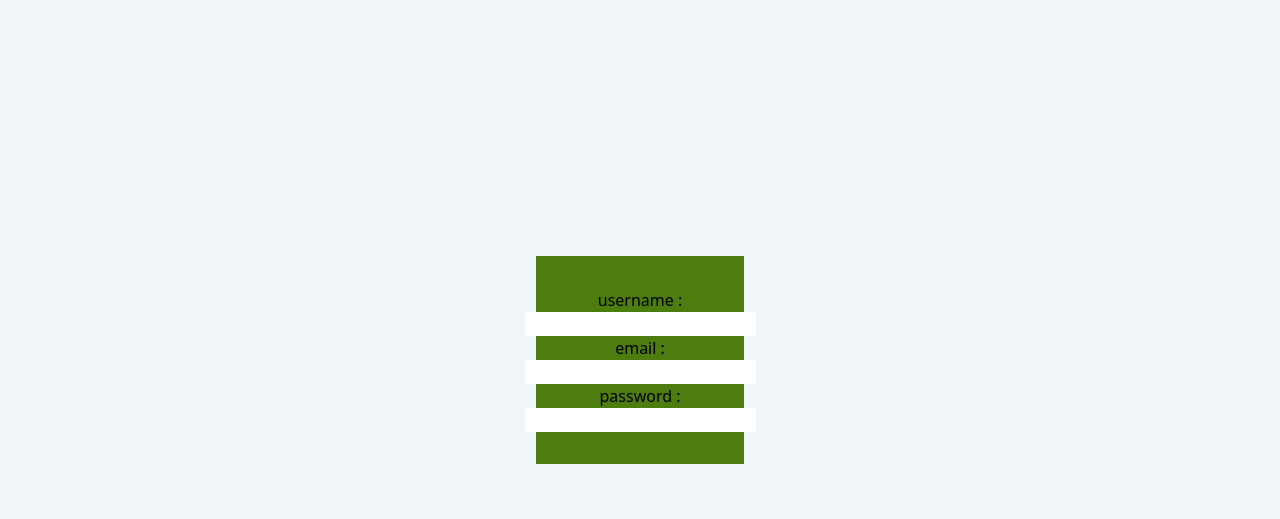
Repository: Emy-gold/alx-fe-reactjs
Page: / (app in form-handling-react/)
The author's editor kept a copy of each file at every save. The page is drawn from the files as they stood at one save, then again after the next save.
The browser window is 1280 px wide. The pictures show the whole page.
The project was rebuilt for these pictures with package versions that can differ from the ones it lists, and the page was loaded fresh each time. Also part of the build but not shown: form-handling-react/vite.config.js.

Above is the page before, as saved 2025-08-22 21:25:16.

### form-handling-react/src/App.jsx
import React from 'react';
import RegistrationForm from './components/RegistrationForm';

function App() {
  return (
    <>
      <RegistrationForm />
    </>
  )
}

export default App

### form-handling-react/src/components/RegistrationForm.jsx
import React from 'react';
import { useState } from 'react';

function RegistrationForm() {

    const [formData, setFormData] = useState({ username: '', email: '', password: '' });

    const handleChange = (e) => {
        const { name, value } = e.target;
        setFormData(prevState => ({ ...prevState, [name]: value }));
    }

    const handleSubmit = (e) => {
        e.preventDefault();
        console.log(formData);
    }

    return (
        <div className='flex w-full mx-auto h-screen justify-center items-center bg-slate-100'>
            <form onSubmit={handleSubmit} className='flex flex-col justify-center items-center bg-lime-700 w-52 h-52'>
                <label>username :</label>
                <input
                    type="text"
                    name="username"
                    value={formData.name}
                    onChange={handleChange}
                />
                <label>email :</label>
                <input
                    type="email"
                    name="email"
                    value={formData.email}
                    onChange={handleChange}
                />
                <label>password :</label>
                <input
                    type="password"
                    name="password"
                    value={formData.password}
                    onChange={handleChange}
                />
            </form>
        </div>
    )
}

export default RegistrationForm

Loaded but not shown: form-handling-react/index.html (common file); form-handling-react/src/main.jsx (common file); form-handling-react/src/index.css (common file); form-handling-react/tailwind.config.js (common file)

After the next save:
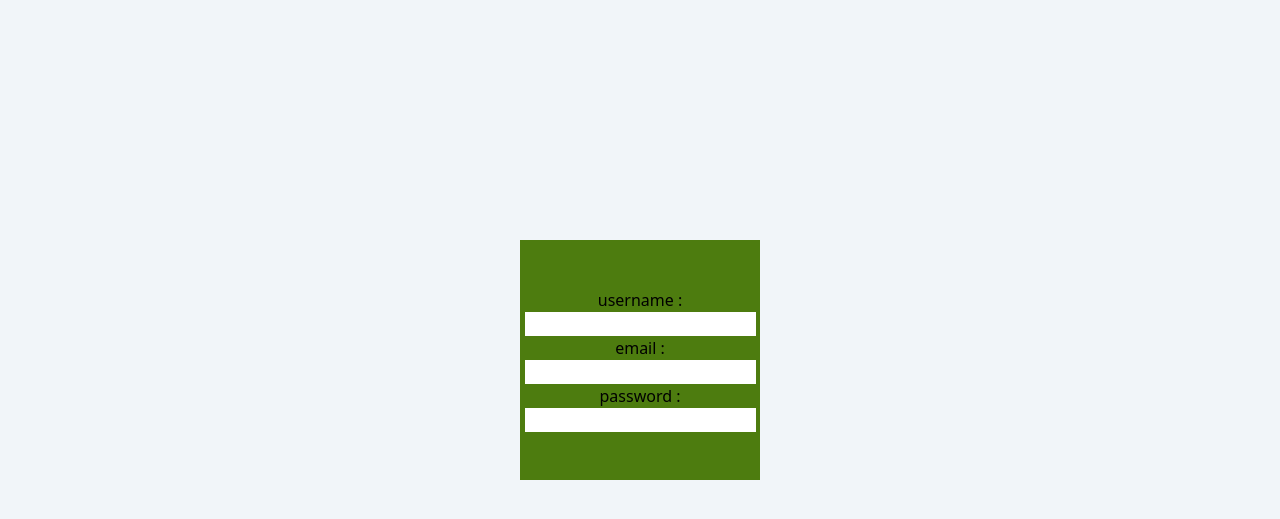
Saved 26 s later.
--- a/form-handling-react/src/components/RegistrationForm.jsx
+++ b/form-handling-react/src/components/RegistrationForm.jsx
@@ -17,7 +17,7 @@ function RegistrationForm() {
 
     return (
         <div className='flex w-full mx-auto h-screen justify-center items-center bg-slate-100'>
-            <form onSubmit={handleSubmit} className='flex flex-col justify-center items-center bg-lime-700 w-52 h-52'>
+            <form onSubmit={handleSubmit} className='flex flex-col justify-center items-center bg-lime-700 w-60 h-60'>
                 <label>username :</label>
                 <input
                     type="text"
